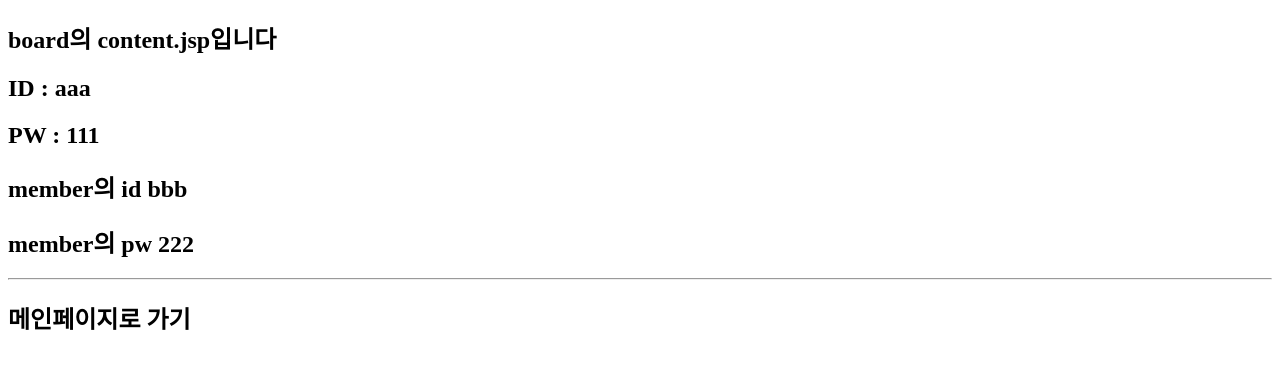
Repository: AsnemBlue/spring_Note
Page: http://localhost/ch09_controller/board/content
These files come from the project's save history. The page is drawn as it stood at one moment and after the next save; the edit follows.
The browser window is 1280 px wide. The pictures show the whole page.
The page is served by Tomcat 9.

Above is the page before, as saved 2020-03-27 08:08:25.

After the next save:
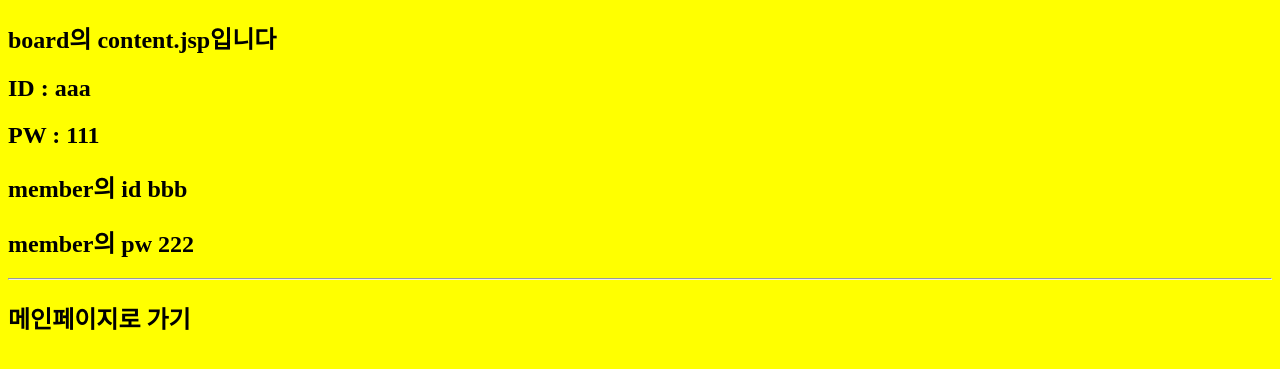
Saved 17 s later.
--- a/ch09_controller/src/main/webapp/WEB-INF/views/board/content.jsp
+++ b/ch09_controller/src/main/webapp/WEB-INF/views/board/content.jsp
@@ -7,6 +7,7 @@
 <head>
 <meta charset="UTF-8">
 <title>Insert title here</title>
+<link href="${conPath }/css/style.css" rel="stylesheet">
 </head>
 <body>
 	<h2>board의 content.jsp입니다</h2>
